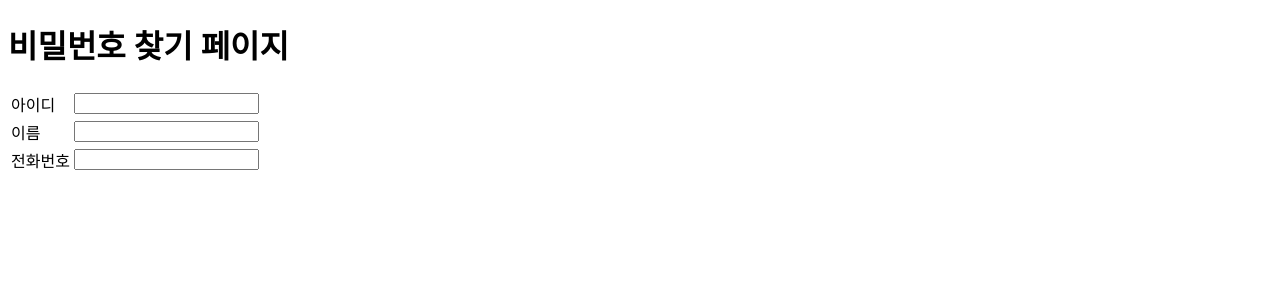
Repository: ksccmp/notice-board
Page: http://localhost/board/search.jsp
The author's editor kept a copy of each file at every save. The page is drawn from the files as they stood at one save, then again after the next save.
The browser window is 1280 px wide. The pictures show the whole page.
The page is served by Tomcat 9. Nobody is signed in. The application's start-up code is not run.

Above is the page before, as saved 2019-10-07 11:52:05.

After the next save:
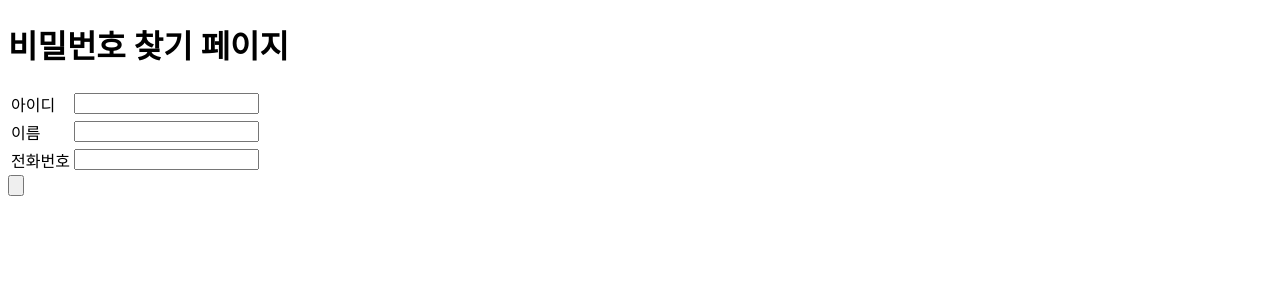
Saved 28 s later.
--- a/board/src/main/webapp/search.jsp
+++ b/board/src/main/webapp/search.jsp
@@ -25,5 +25,6 @@
 			<td><input type="text" name="number" id="number"></td>
 		</tr>
 	</table>
+	<input type="button" id="searchbtn" name="searchbtn">
 </body>
 </html>
